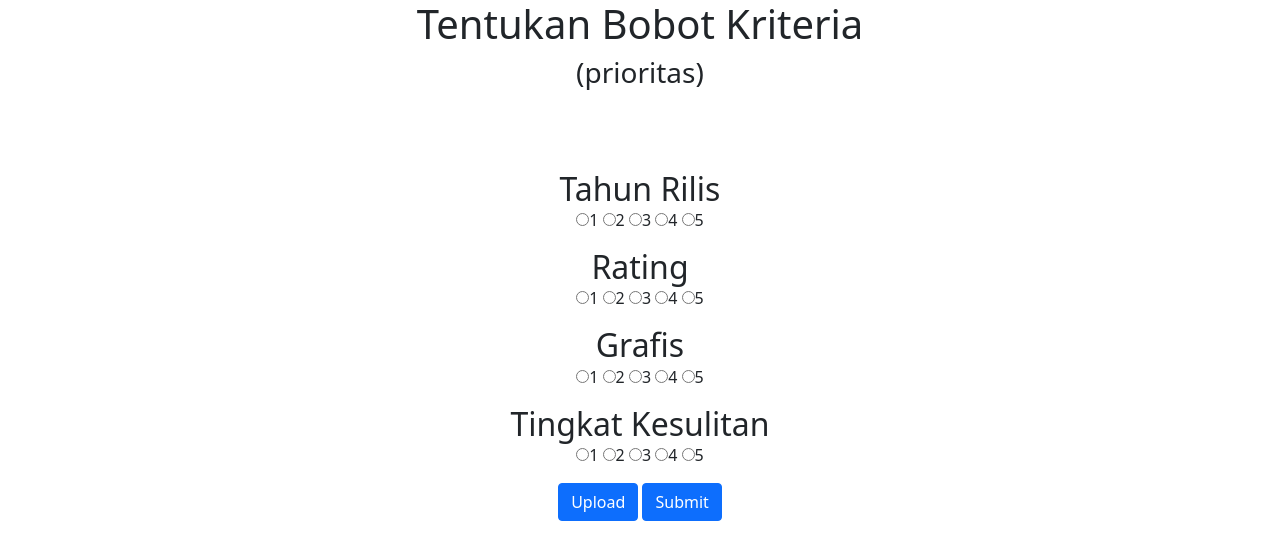
Repository: aqordeon/SPKWP
Page: http://localhost/hitungKriteria.php
An editor plug-in stored every save of this project. The page is shown before and after the next save, followed by the edit.
The browser window is 1280 px wide. The pictures show the whole page.
The page is run by PHP 8.4 with error messages shown; the project is at /var/www/html/. Queries for data that is not in the repository find no rows.

Above is the page before, as saved 2021-01-01 23:27:33.

### hitungKriteria.php
<?php
        session_start();
        include "koneksi.php";

    ?><html lang="en">
<head>
    <meta charset="UTF-8">
    <meta name="viewport" content="width=device-width, initial-scale=1.0">
    <title>Document</title>
    <link href="https://cdn.jsdelivr.net/npm/bootstrap@5.0.0-beta1/dist/css/bootstrap.min.css" rel="stylesheet" integrity="sha384-giJF6kkoqNQ00vy+HMDP7azOuL0xtbfIcaT9wjKHr8RbDVddVHyTfAAsrekwKmP1" crossorigin="anonymous">

</head>
<body>
    <div class="container">
    <center>
        <h1>Tentukan Bobot Kriteria</h1>
        <h3>(prioritas)</h3>

        <br><br><br>



            <?php

                $tabelkriteria = mysqli_query($con, "SELECT * FROM tb_kriteria");
                $baristabelkriteria = mysqli_num_rows($tabelkriteria);
            ?>

            <div class="container">
                <h2 style="display: inline;">Tahun Rilis</h2>
                <form method="post" action="" enctype='multipart/form-data'>
                    <label class="radio-inline">
                        <input type="radio" name="optradio_tahunrilis" value="1">1 <!-- name = optradio1 / optradio2 -->
                    </label>
                    <label class="radio-inline">
                        <input type="radio" name="optradio_tahunrilis" value="2">2
                    </label>
                    <label class="radio-inline">
                        <input type="radio" name="optradio_tahunrilis" value="3">3
                    </label>
                    <label class="radio-inline">
                        <input type="radio" name="optradio_tahunrilis" value="4">4
                    </label>
                    <label class="radio-inline">
                        <input type="radio" name="optradio_tahunrilis" value="5">5
                    </label>
                </form>

                <h2 style="display: inline;">Rating</h2>
                <form method="post" action="" enctype='multipart/form-data'>
                    <label class="radio-inline">
                        <input type="radio" name="optradio_rating" value="1">1 <!-- name = optradio1 / optradio2 -->
                    </label>
                    <label class="radio-inline">
                        <input type="radio" name="optradio_rating" value="2">2
                    </label>
                    <label class="radio-inline">
                        <input type="radio" name="optradio_rating" value="3">3
                    </label>
                    <label class="radio-inline">
                        <input type="radio" name="optradio_rating" value="4">4
                    </label>
                    <label class="radio-inline">
                        <input type="radio" name="optradio_rating" value="5">5
                    </label>
                </form>

                <h2 style="display: inline;">Grafis</h2>
                <form method="post" action="" enctype='multipart/form-data'>
                    <label class="radio-inline">
                        <input type="radio" name="optradio_grafis" value="1">1 <!-- name = optradio1 / optradio2 -->
                    </label>
                    <label class="radio-inline">
                        <input type="radio" name="optradio_grafis" value="2">2
                    </label>
                    <label class="radio-inline">
                        <input type="radio" name="optradio_grafis" value="3">3
                    </label>
                    <label class="radio-inline">
                        <input type="radio" name="optradio_grafis" value="4">4
                    </label>
                    <label class="radio-inline">
                        <input type="radio" name="optradio_grafis" value="5">5
                    </label>
                </form>

                <h2 style="display: inline;">Tingkat Kesulitan</h2>
                <form method="post" action="" enctype='multipart/form-data'>
                    <label class="radio-inline">
                        <input type="radio" name="optradio_tingkatkesulitan" value="1">1 <!-- name = optradio1 / optradio2 -->
                    </label>
                    <label class="radio-inline">
                        <input type="radio" name="optradio_tingkatkesulitan" value="2">2
                    </label>
                    <label class="radio-inline">
                        <input type="radio" name="optradio_tingkatkesulitan" value="3">3
                    </label>
                    <label class="radio-inline">
                        <input type="radio" name="optradio_tingkatkesulitan" value="4">4
                    </label>
                    <label class="radio-inline">
                        <input type="radio" name="optradio_tingkatkesulitan" value="5">5
                    </label>
                </form>


            </div>

            <input type='submit' class="btn btn-primary" value='Upload' name='kriteria_submit'>
            <a href="hitung_vektor.php" class="btn btn-primary" name='kriteria_submit'>Submit</a>   <!-- mengarah ke hitung_vektor.php -->

    </center>

    <?php
        if(isset($_POST['kriteria_submit'])){

            $_SESSION["bobotkriteria_tahunrilis"] = $_POST["optradio_tahunrilis"];
            echo "<script>location='hitung_vektor.php';</script>";

        }
    ?>


</div>
</body>
</html>

### koneksi.php
<?php
    $servername = "localhost";
    $username = "root";
    $password = "";
    $database = "db_spkwp";

    $con = mysqli_connect($servername, $username, $password, $database);

    // $ambilparagraf = $con->query("SELECT * FROM paragraph");
    // $cekdbparagraf = $ambilparagraf->fetch_assoc();
?>

After the next save:
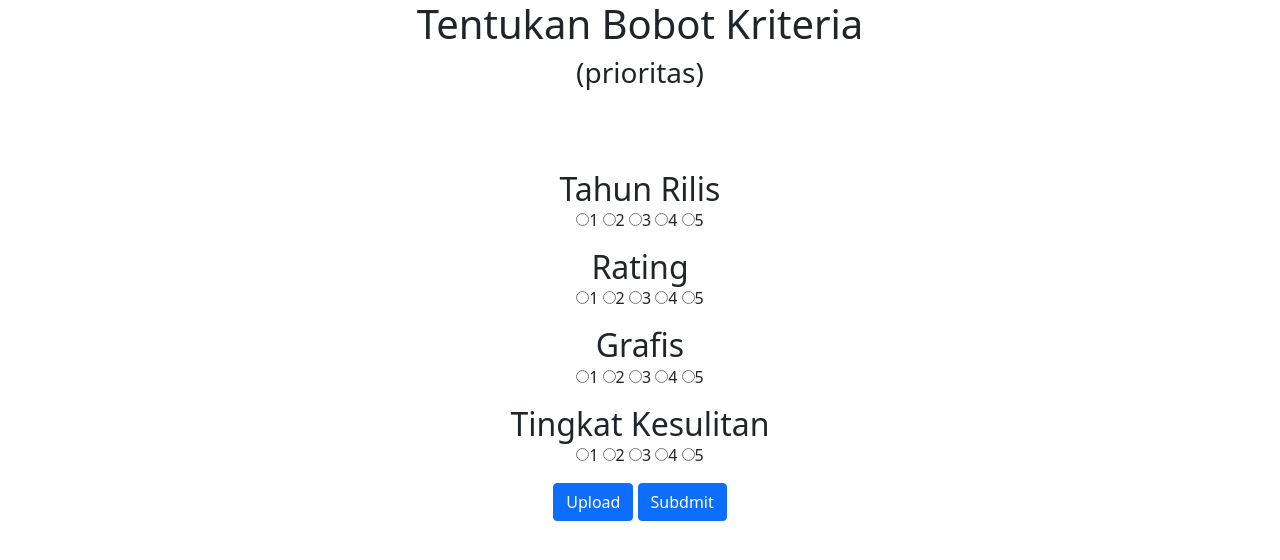
Saved 8 s later.
--- a/hitungKriteria.php
+++ b/hitungKriteria.php
@@ -107,7 +107,7 @@
             </div>
 
             <input type='submit' class="btn btn-primary" value='Upload' name='kriteria_submit'>
-            <a href="hitung_vektor.php" class="btn btn-primary" name='kriteria_submit'>Submit</a>   <!-- mengarah ke hitung_vektor.php -->
+            <a href="hitung_vektor.php" class="btn btn-primary" name='kriteria_submit'>Subdmit</a>   <!-- mengarah ke hitung_vektor.php -->
 
     </center>
 
